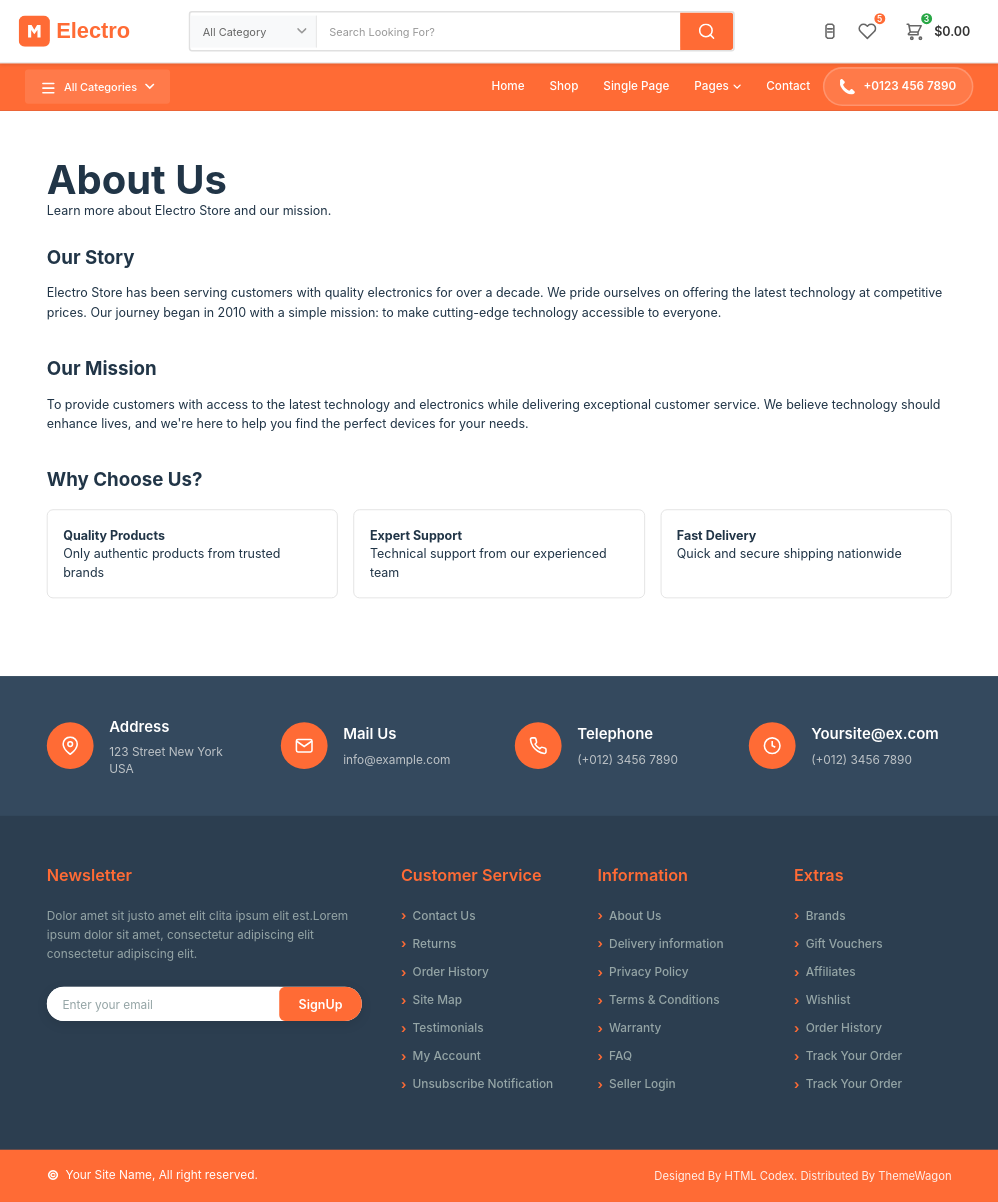
Repository: HoangKhangKhuPho4/react-electro-store
Page: /about (app in my-react-app/)
An editor plug-in stored every save of this project. The page is shown before and after the next save, followed by the edit.
The browser window is 1280 px wide. The pictures show the whole page, at 78% of full size.
The project was rebuilt for these pictures with package versions that can differ from the ones it lists, and the page was loaded fresh each time. Also part of the build but not shown: my-react-app/vite.config.js, my-react-app/src/pages/Contact.jsx, my-react-app/src/components/Banner/Banner.jsx, my-react-app/src/components/Banner/index.js, my-react-app/src/components/Features/Features.jsx, my-react-app/src/components/Features/index.js, my-react-app/src/pages/Home.jsx, my-react-app/src/components/ProductList.jsx and 3 more.

Above is the page before, as saved 2025-09-24 13:12:54.

After the next save:
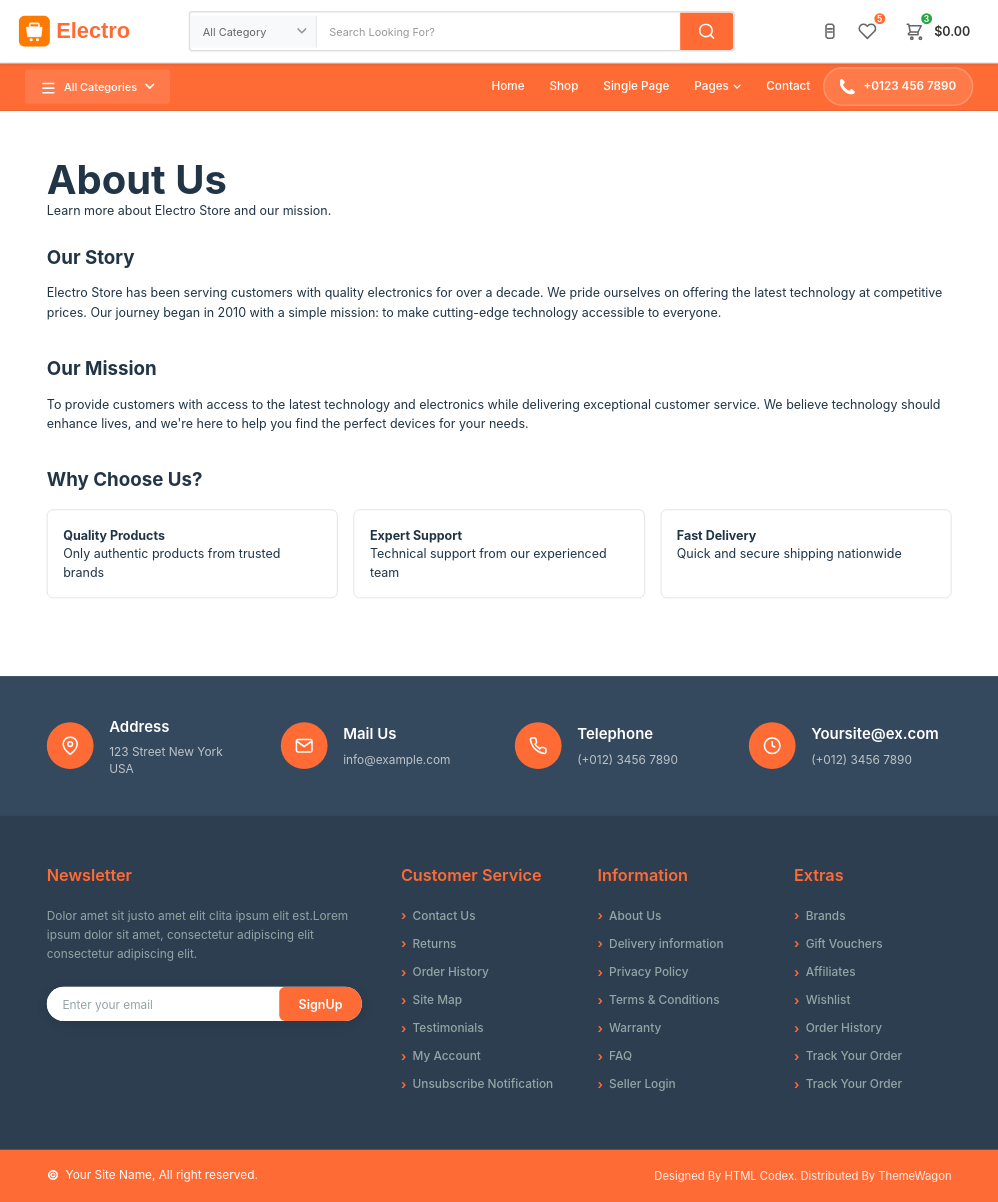
Saved 2 min 56 s later.
--- a/my-react-app/src/components/UI/Logo/Logo.jsx
+++ b/my-react-app/src/components/UI/Logo/Logo.jsx
@@ -5,6 +5,7 @@ const Logo = () => {
     <div className="logo">
       <a href="/" className="logo-link">
         <div className="logo-icon">
+          {/* Shopping bag icon như trong thiết kế */}
           <svg
             width="40"
             height="40"
@@ -12,11 +13,21 @@ const Logo = () => {
             fill="none"
             xmlns="http://www.w3.org/2000/svg"
           >
-            <rect width="40" height="40" rx="8" fill="#FF6B35" />
+            <rect width="40" height="40" rx="8" fill="#FF7A00" />
             <path
-              d="M12 28V12H16.5L20 18L23.5 12H28V28H24V18.5L20 24L16 18.5V28H12Z"
+              d="M10 15H30L28.5 27H11.5L10 15Z"
               fill="white"
+              stroke="white"
+              strokeWidth="1"
             />
+            <path
+              d="M14 12C14 10.9 14.9 10 16 10H24C25.1 10 26 10.9 26 12V15H14V12Z"
+              fill="none"
+              stroke="white"
+              strokeWidth="2"
+            />
+            <circle cx="16" cy="31" r="2" fill="white"/>
+            <circle cx="24" cy="31" r="2" fill="white"/>
           </svg>
         </div>
         <span className="logo-text">Electro</span>
